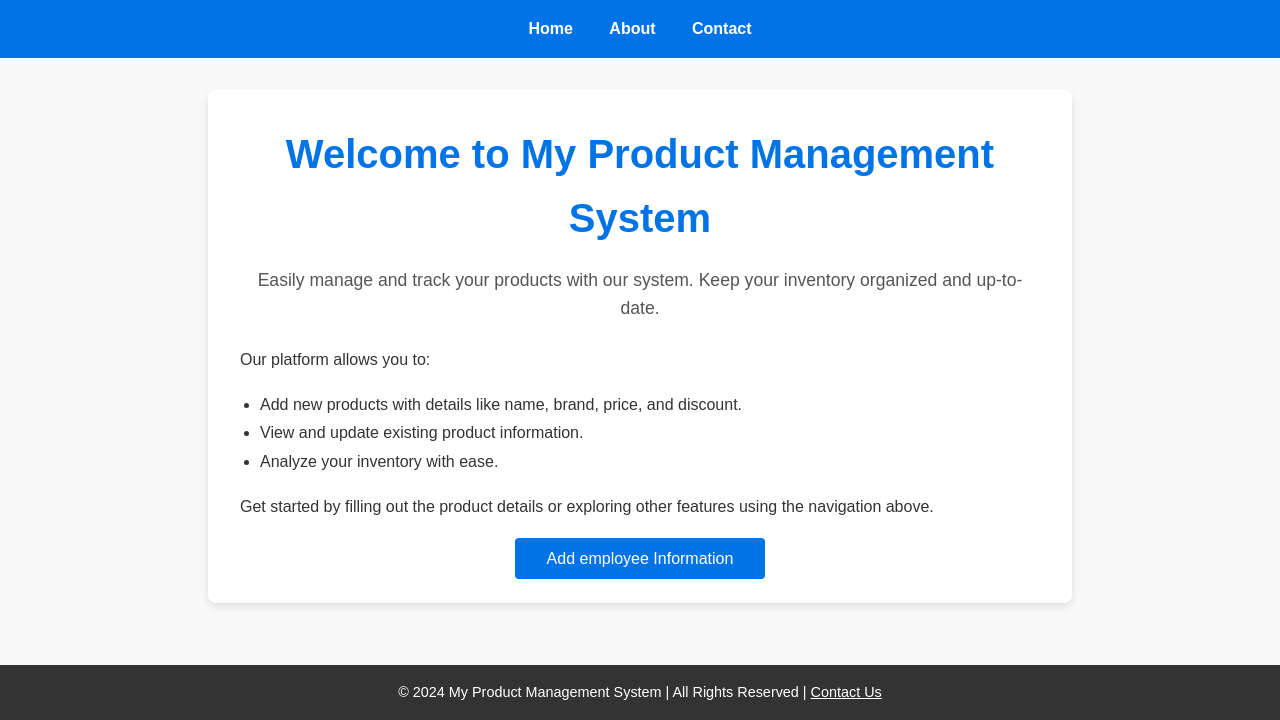
Repository: abhishekgavle/spring-repository
Page: http://localhost/home
The author's editor kept a copy of each file at every save. The page is drawn from the files as they stood at one save, then again after the next save.
The browser window is 1280 px wide. The pictures show the whole page.
The page is this project's Thymeleaf template; nobody is signed in. The template is opened directly, without the code that normally fills it, so the values that code supplies are empty.

Above is the page before, as saved 2024-12-23 06:55:53.

After the next save:
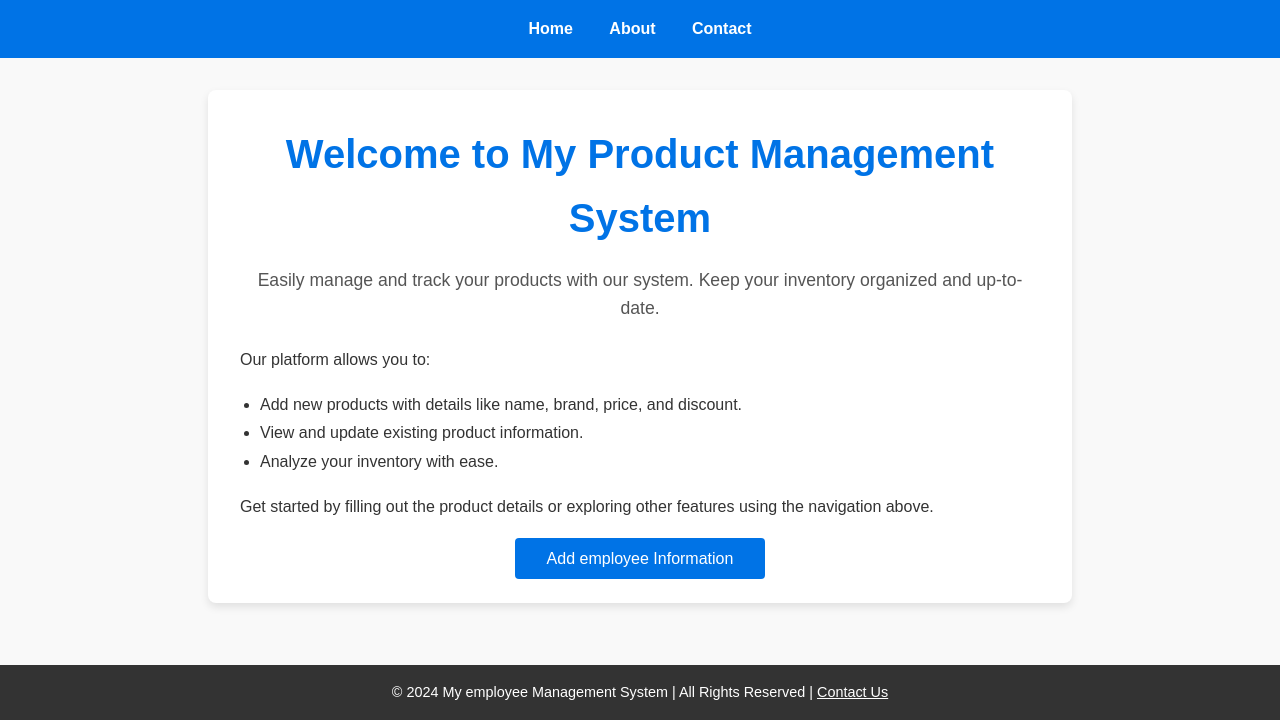
Saved 19 s later.
--- a/Employee2/src/main/resources/templates/home.html
+++ b/Employee2/src/main/resources/templates/home.html
@@ -147,7 +147,7 @@
         </div>
     </div>
     <footer>
-        <p>&copy; 2024 My Product Management System | All Rights Reserved | <a th:href="@{/contactus}">Contact Us</a></p>
+        <p>&copy; 2024 My employee Management System | All Rights Reserved | <a th:href="@{/contactus}">Contact Us</a></p>
     </footer>
 </body>
 </html>
